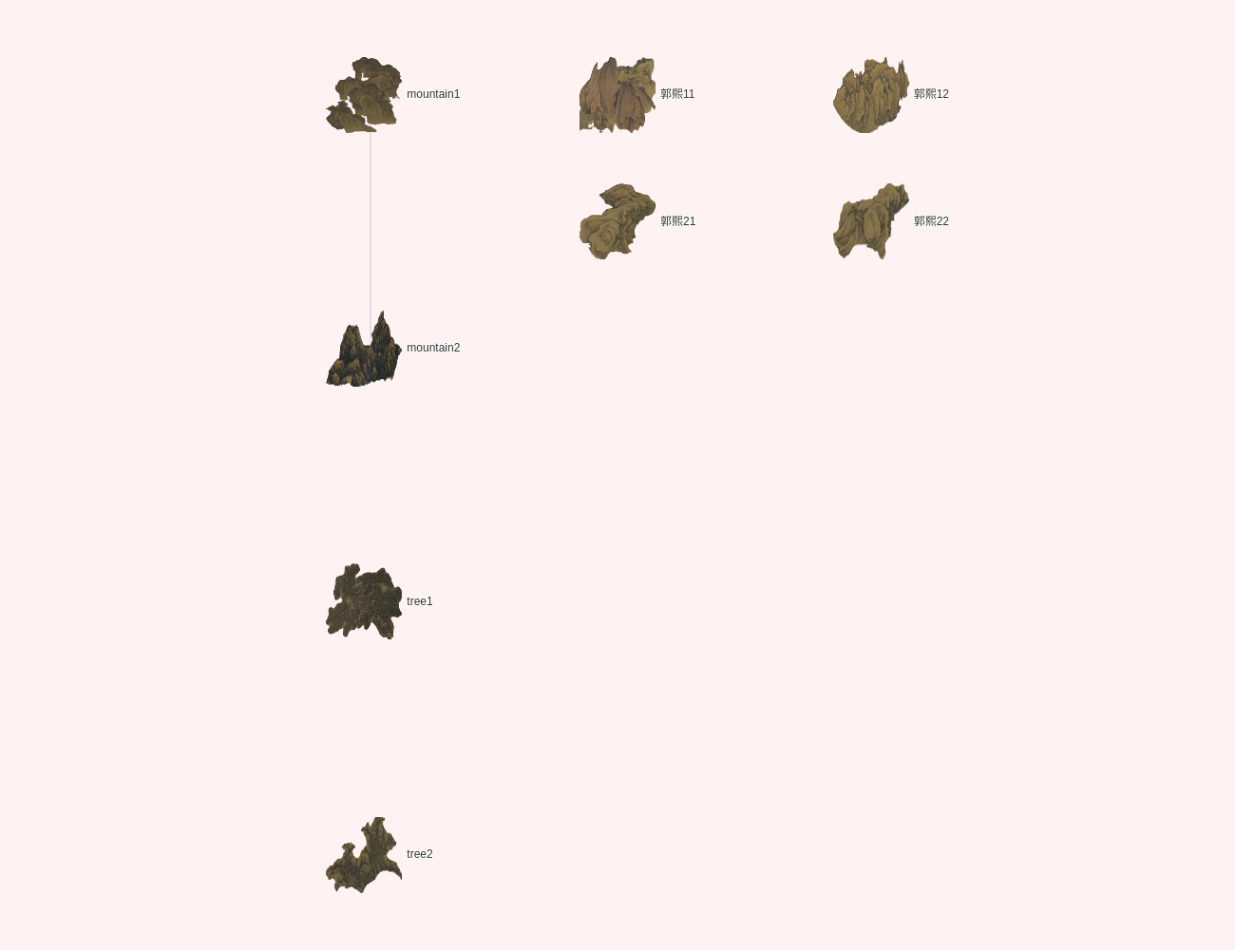
Repository: gaosth/Eyesee
Page: /link
An editor plug-in stored every save of this project. The page is shown before and after the next save, followed by the edit.
The browser window is 1280 px wide. The page is 1300 px wide, so the pictures cover 1300 px, including what lies to the right of the window. The pictures show the whole page, at 95% of full size.
The project was rebuilt for these pictures with package versions that can differ from the ones it lists, and the page was loaded fresh each time. Also part of the build but not shown: vite.config.js, src/components/WelcomeItem.vue, src/components/icons/IconDocumentation.vue, src/components/icons/IconTooling.vue, src/components/icons/IconEcosystem.vue, src/components/icons/IconCommunity.vue, src/components/icons/IconSupport.vue, src/components/TheWelcome.vue and 16 more.

Above is the page before, as saved 2024-03-19 15:46:06.

### src/main.js
import './assets/main.css'

import { createApp } from 'vue'
import { createPinia } from 'pinia'

import App from './App.vue'
import router from './router'
import axios from 'axios'

axios.defaults.baseURL = 'http://127.0.0.1:8000'

const app = createApp(App)

app.use(createPinia())
// app.use(router)
app.use(router,axios)

app.mount('#app')

### src/App.vue
<template>
  <main>
    <RouterView />
  </main>
</template>

### src/router/index.js
import { createRouter, createWebHistory } from 'vue-router'
import HomeView from '../views/HomeView.vue'
import Agent from '../views/Agent.vue'
import Heatmap from '../components/Heatmap.vue'
import Test from '../views/reference.vue'
import DetailView from '../views/DetailView.vue'
import Detail2View from '../views/Detail2View.vue'
import AnalyzeView from '../views/AnalyzeView.vue'
import Sankey from '../components/Sankey.vue'
import LinkView from '../components/imgLink.vue'

const router = createRouter({
  history: createWebHistory(import.meta.env.BASE_URL),
  routes: [
    {
      path: '/',
      name: 'home',
      component: Agent
    },
    {
      path: '/about',
      name: 'about',
      // route level code-splitting
      // this generates a separate chunk (About.[hash].js) for this route
      // which is lazy-loaded when the route is visited.
      component: () => import('../views/AboutView.vue')
    },
    {
      path: '/Agent',
      name: 'Agent',
      component: Agent
    },
    {
      path: '/Heatmap',
      name: 'Heatmap',
      component: Heatmap
    },
    {
      path: '/test',
      name: 'test',
      component: Test
    },
    {
      path: '/detail',
      name: 'detail',
      component: DetailView
    },
    {
      path: '/detail2',
      name: 'detail2',
      component: Detail2View
    },
    {
      path: '/analyze',
      name: 'analyze',
      component: AnalyzeView
    },
    {
      path: '/sankey',
      name: 'sankey',
      component: Sankey
    },
    {
      path: '/link',
      name: 'link',
      component: LinkView
    },
  ]
})

export default router

### src/components/imgLink.vue
<template>
    <div ref="chartDom" class="chartDom bg-red-50" style="width: 1300px;height:1000px;">
    </div>
  </template>

  <script setup>
  import * as echarts from 'echarts'
  import { ref, onMounted, watch } from 'vue'
  const chartDom = ref()
  import mt1 from '@/assets/case2/mountain1/01.png'
  import mt2 from '@/assets/case2/mountain2/02.png'
  import tr1 from '@/assets/case2/tree1/01.png'
  import tr2 from '@/assets/case2/tree2/02.png'
  import mt1_n1 from '@/assets/case2/mountain1/郭熙11.png'
  import mt1_n2 from '@/assets/case2/mountain1/郭熙12.png'
  import mt1_n3 from '@/assets/case2/mountain1/郭熙21.png'
  import mt1_n4 from '@/assets/case2/mountain1/郭熙22.png'
  import mt1_n5 from '@/assets/case2/mountain1/郭熙31.png'
  import mt1_n6 from '@/assets/case2/mountain1/郭熙41.png'
  import mt1_n7 from '@/assets/case2/mountain1/郭熙42.png'
  import mt1_n8 from '@/assets/case2/mountain1/郭熙51.png'
  import mt1_n9 from '@/assets/case2/mountain1/郭熙81.png'

  const option = {
    tooltip: {
    },
    series: {
            type: 'graph',
            layout: 'none',
            data: [
            {
                id: '0',
                name: 'mountain1',
                symbolSize: 80,
                symbol: 'image://' + mt1,
                x: 100,
                y: 100

            },
            {
                id: '1',
                name: 'mountain2',
                symbolSize: 80,
                symbol: 'image://' + mt2,
                x: 100,
                y: 120
            },
            {
                id: '2',
                name: 'tree1',
                symbolSize: 80,
                symbol: 'image://' + tr1,
                x: 100,
                y: 140
            },
            {
                id: '3',
                name: 'tree2',
                symbolSize: 80,
                symbol: 'image://' + tr2,
                x: 100,
                y: 160
            },
            {
                id: '01',
                name: '郭熙11',
                symbolSize: 80,
                symbol: 'image://' + mt1_n1,
                x: 120,
                y: 100

            },
            {
                id: '02',
                name: '郭熙12',
                symbolSize: 80,
                symbol: 'image://' + mt1_n2,
                x: 140,
                y: 100

            },
            {
                id: '03',
                name: '郭熙21',
                symbolSize: 80,
                symbol: 'image://' + mt1_n3,
                x: 120,
                y: 110

            },
            {
                id: '04',
                name: '郭熙22',
                symbolSize: 80,
                symbol: 'image://' + mt1_n4,
                x: 140,
                y: 110

            },
            {
                id: '05',
                name: '郭熙31',
                symbolSize: 80,
                symbol: 'image://' + mt1_n5,
                x: 120,
                y: 100

            },
            ],
            links: [
            {
                source: '0',
                target: '1',
            },
            ],
            roam: true,
            label: {
                show: true,
                position: 'right',
                formatter: '{b}'
            },
            labelLayout: {
                hideOverlap: true
            },
            scaleLimit: {
                min: 0.4,
                max: 2
            },
        }
  }
  // 不赋值给ref响应式Proxy对象
  let chart

  onMounted(() => {
    chart = echarts.init(chartDom.value)
    chart.setOption(option)
  })
  </script>

Loaded but not shown: index.html (common file); src/assets/main.css (common file); tailwind.config.js (common file)

After the next save:
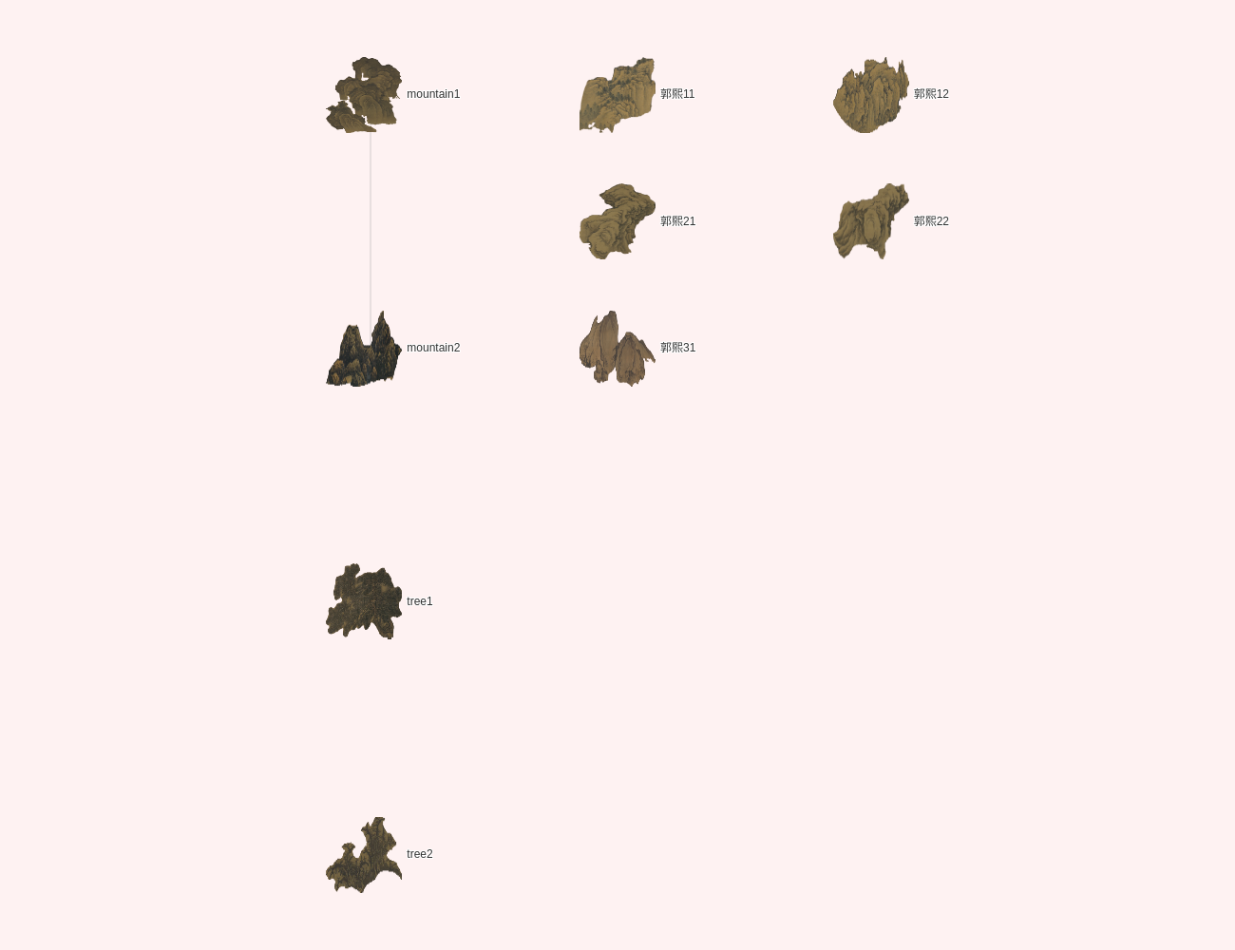
Saved 29 s later.
--- a/src/components/imgLink.vue
+++ b/src/components/imgLink.vue
@@ -103,7 +103,7 @@
                 symbolSize: 80,
                 symbol: 'image://' + mt1_n5,
                 x: 120,
-                y: 100
+                y: 120
 
             },
             ],
